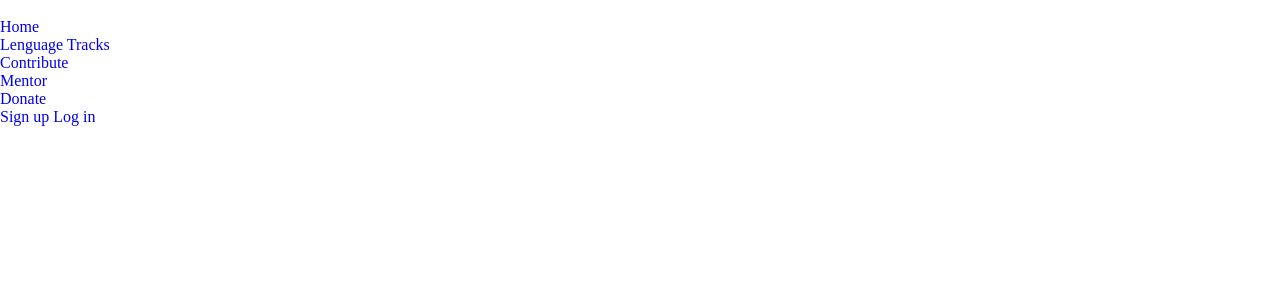
Repository: mvbri/exercism-style-website
Page: index.html
The author's editor kept a copy of each file at every save. The page is drawn from the files as they stood at one save, then again after the next save.
The browser window is 1280 px wide. The pictures show the whole page.

Above is the page before, as saved 2022-07-20 18:11:02.

After the next save:
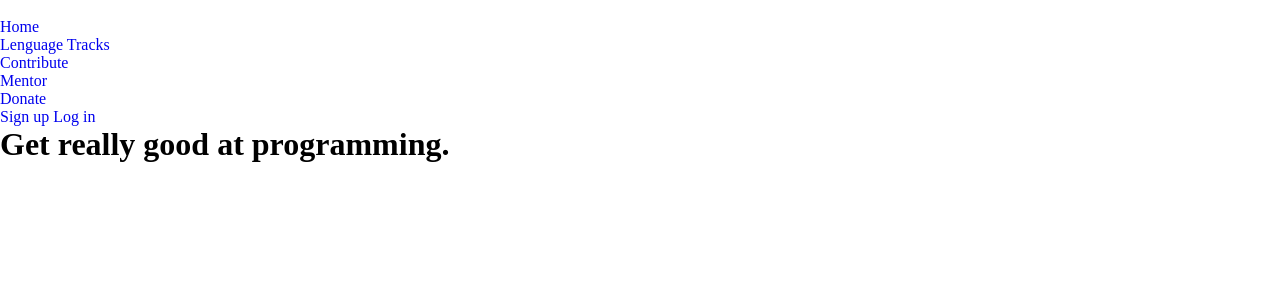
Saved 87 s later.
--- a/index.html
+++ b/index.html
@@ -38,7 +38,11 @@
         </div>
       </header>
       <main class="main page-landing">
-        <header></header>
+        <header>
+          <div class="flex">
+            <h1>Get really good at programming.</h1>
+          </div>
+        </header>
       </main>
       <footer class="footer"></footer>
     </div>
